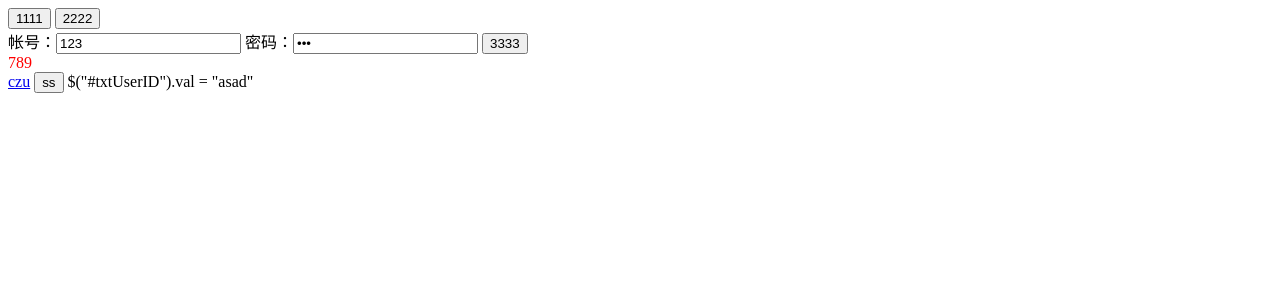
Repository: MuzDing/Muz_Data
Page: http://localhost/javeEe/NewFile.jsp
These files come from the project's save history. The page is drawn as it stood at one moment and after the next save; the edit follows.
The browser window is 1280 px wide. The pictures show the whole page.
The page is served by Tomcat 9. Other server files are loaded and not shown.

Above is the page before, as saved 2017-09-18 02:36:19.

### java-workspace/javeEe/WebContent/NewFile.jsp
<!DOCTYPE HTML>
<html>
<head>
<%@ page language="java" contentType="text/html; charset=UTF-8"
	pageEncoding="UTF-8"%>
<meta http-equiv="Content-Type" content="text/html; charset=UTF-8">
<title>在此处插入标题</title>

<script type="text/javascript" src="JS/Jcript.js"></script>
<script type="text/javascript" src="JS/jquery-3.2.1.js"></script>
<script type="text/javascript">

</script>
</head>
<body>
	<input id="Button1" type="button" value="1111" onclick="QH(1,10)">
	<input id="Button2" type="button" value="2222" onclick="NumToWeek()">
	<form id="form1" runat="server">
		<div>
			帐号：<input id="txtUserID" type="text" value="123">
			密码：<input id="txtUserPWD" type="password" value="123">
			<input id="Button3" type="button" value = "3333" onclick="ShowUserID()">
		</div>
		<div id = "divTest"><span style = "color:red"> 789</span>
		</div>

		<a id = "HyKink" href="http://www.czu.cn">czu</a>
		<input id ="Button4" type="button" value="ss" onclick="ChangLink()">
		$("#txtUserID").val = "asad"
	</form>

</body>
</html>

### java-workspace/javeEe/WebContent/JS/Jcript.js
/**
 *
 */
	function QH(startNum,endNum) {
		var totalNum=0;
		for(var i =startNum;i<endNum;i++){
			totalNum+=i;
		}
		alert(totalNum)
	}
	function WeekChange(num) {
		var week;
		switch (num) {
		case "1":week = "星期一";break;
		case "2":week = "星期2";break;
		case "3":week = "星期3";break;
		case "4":week = "星期4";break;
		case "5":week = "星期5";break;
		case "6":week = "星期6";break;
		case "7":week = "星期7";break;
		default: week="无法识别"
			break;
		}
		return week;
	}
	function NumToWeek() {
		var changedWeek;
		var num = prompt("输入转化的数字:",1);

		changedWeek = WeekChange(num);
		alert(changedWeek);
	}
	function ShowUserID(){
		var userID;
		var divInnerHtml;
		var divInnerText;
		userID = document.getElementById("txtUserID").value;
		divInnerHtml = document.getElementById("divTest").innerHTML;
		divInnerTest = document.getElementById("divTest").innerText;
		alert(userID)
		alert(divInnerHtml)
		alert(divInnerTest)
	}
	function ChangLink(){
		document.getElementById("HyLink").innerHTML="baidu";
		document.getElementById("divTest").href = "http://www.baidu.com";
	}

Loaded but not shown: java-workspace/javeEe/WebContent/JS/jquery-3.2.1.js (library)

After the next save:
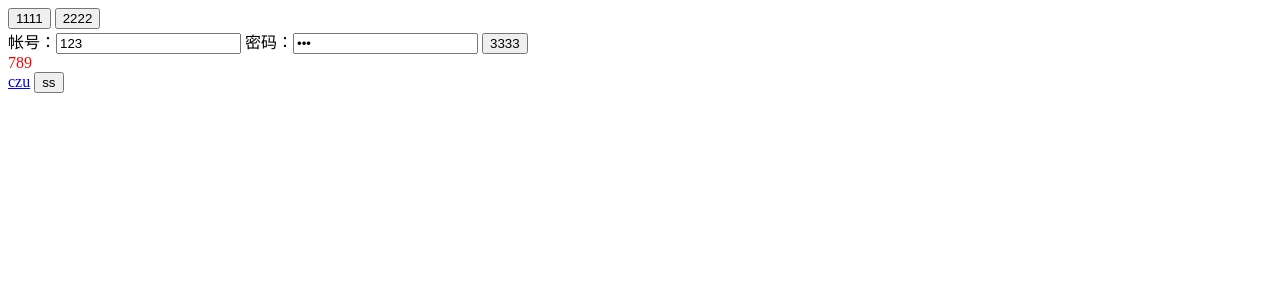
Saved 2 min 7 s later.
--- a/java-workspace/javeEe/WebContent/NewFile.jsp
+++ b/java-workspace/javeEe/WebContent/NewFile.jsp
@@ -26,8 +26,6 @@
 
 		<a id = "HyKink" href="http://www.czu.cn">czu</a>
 		<input id ="Button4" type="button" value="ss" onclick="ChangLink()">
-		$("#txtUserID").val = "asad"
 	</form>
-
 </body>
 </html>
